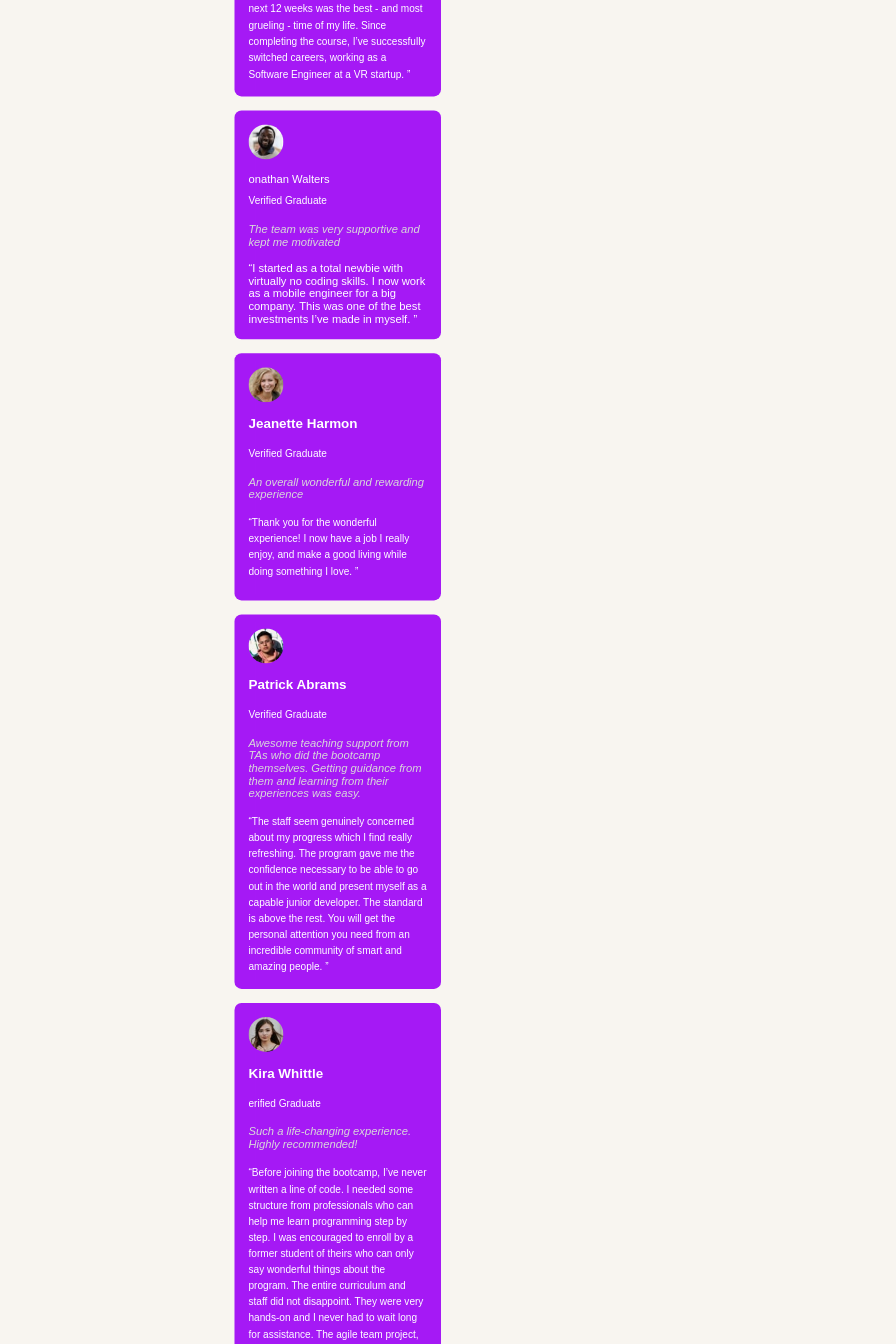
Repository: MagedElRefaey/Grid-Project
Page: Task.html
An editor plug-in stored every save of this project. The page is shown before and after the next save, followed by the edit.
The browser window is 1280 px wide. The pictures show the part of the page from y = 464 to 2384 px (the page is 2629 px tall before and 2643 px after), at 70% of full size.

Above is the page before, as saved 2024-09-13 22:36:06.

After the next save:
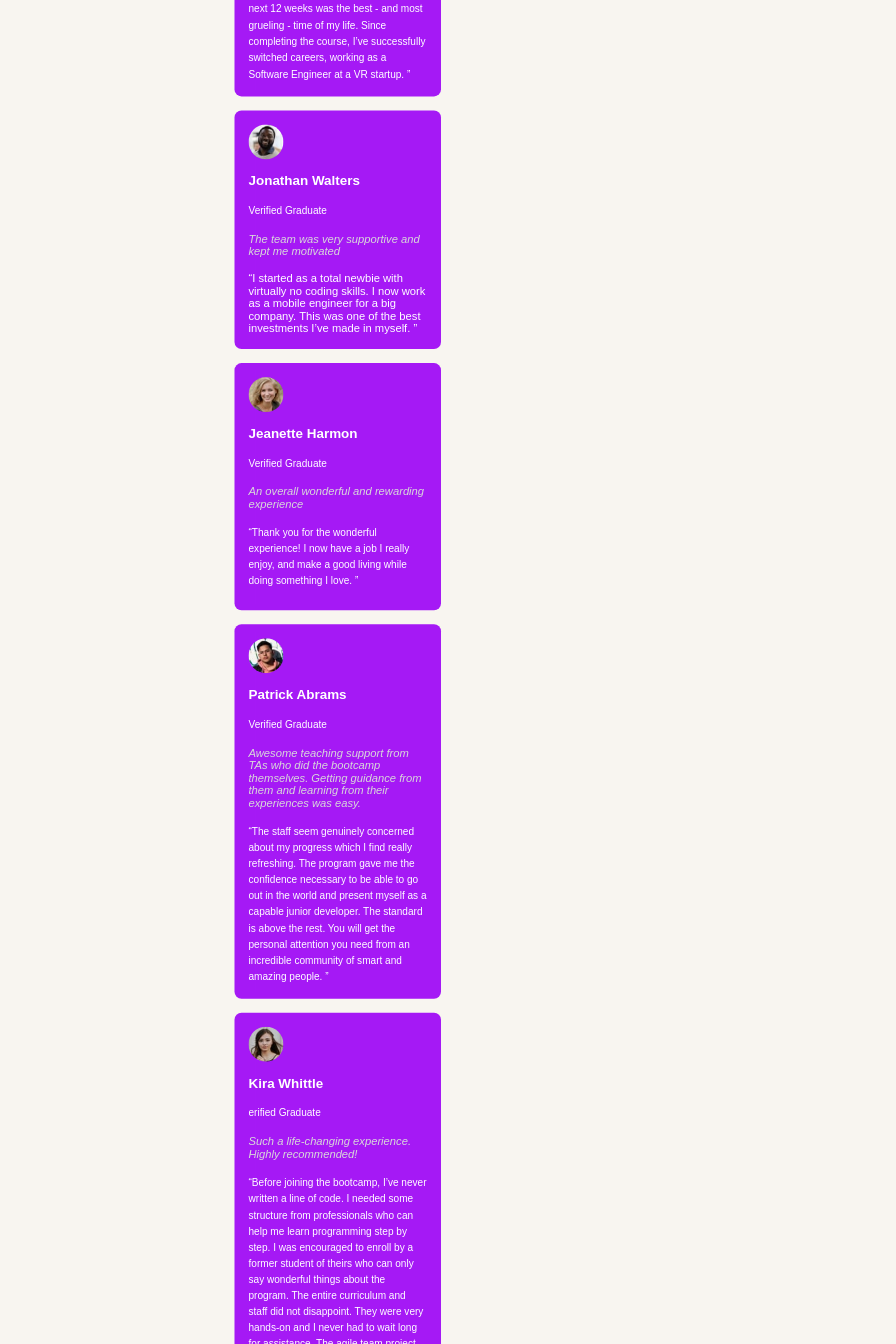
Saved 47 s later.
--- a/Task.html
+++ b/Task.html
@@ -21,7 +21,8 @@
             for the free intro course and found it incredibly fun! I enrolled shortly thereafter.
             The next 12 weeks was the best - and most grueling - time of my life. Since completing
             the course, I’ve successfully switched careers, working as a Software Engineer at a VR startup. ”</p></div>
-        <div class="Card Jonathan"><img src = "images/image-jonathan.jpg"> onathan Walters
+        <div class="Card Jonathan"><img src = "images/image-jonathan.jpg">
+            <h3>Jonathan Walters</h3>
             <p>Verified Graduate</p>
 
             <blockquote>The team was very supportive and kept me motivated</blockquote>
